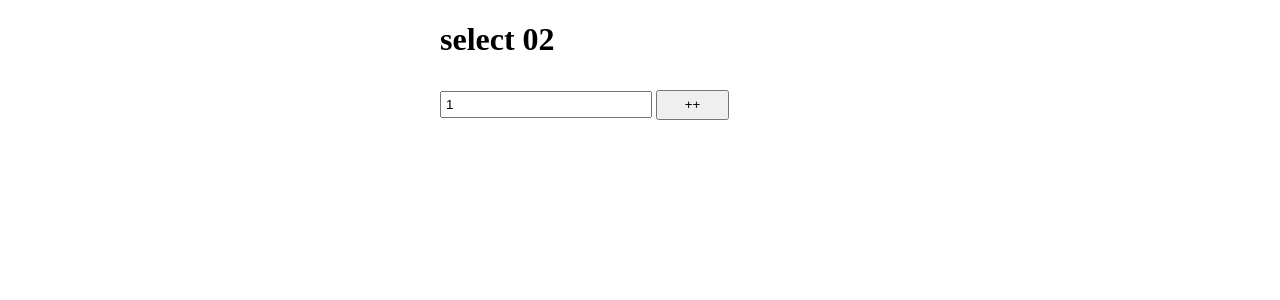
Repository: 5anniversary/JSPhw
Page: http://localhost/lecture1/form01/form1.jsp
These files come from the project's save history. The page is drawn as it stood at one moment and after the next save; the edit follows.
The browser window is 1280 px wide. The pictures show the whole page.
The page is served by Tomcat 9.

Above is the page before, as saved 2020-04-11 11:38:48.

After the next save:
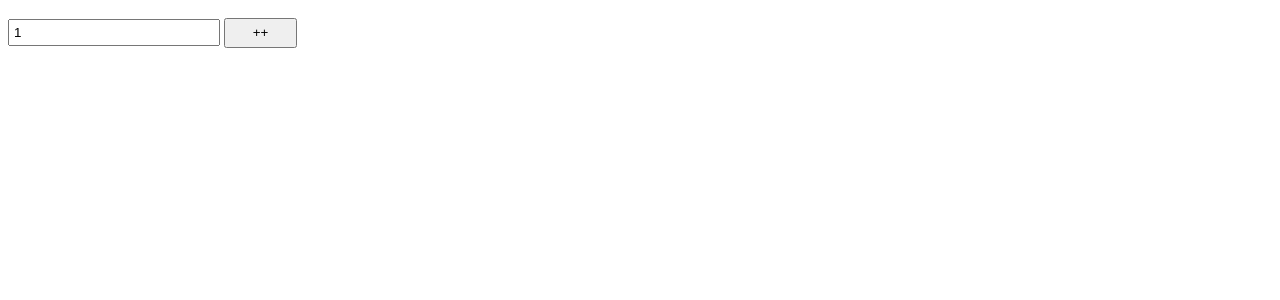
Saved 5 min 58 s later.
--- a/lecture1/WebContent/form01/form1.jsp
+++ b/lecture1/WebContent/form01/form1.jsp
@@ -6,11 +6,6 @@
 <head>
 <meta http-equiv="Content-Type" content="text/html; charset=utf-8">
 <style>
-div.container {
-	width: 400px;
-	margin: 20px auto;
-}
-
 form div {
 	margin-bottom: 10px;
 }
@@ -53,17 +48,14 @@ td, th {
 </head>
 <body>
 	<%
-	int result = 0;
-	result++;
+		int result = 0;
+		result++;
 	%>
-	<div class="container">
-		<form method="get">
-			<h1>select 02</h1>
-			<div>
-				<input type="text" name="number" value="<%= result %>" />
-				<button type="submit">++</button>
-			</div>
-		</form>
-	</div>
+	<form method="get">
+		<div>
+			<input type="text" name="number" value="<%=result%>" />
+			<button type="submit">++</button>
+		</div>
+	</form>
 </body>
 </html>
